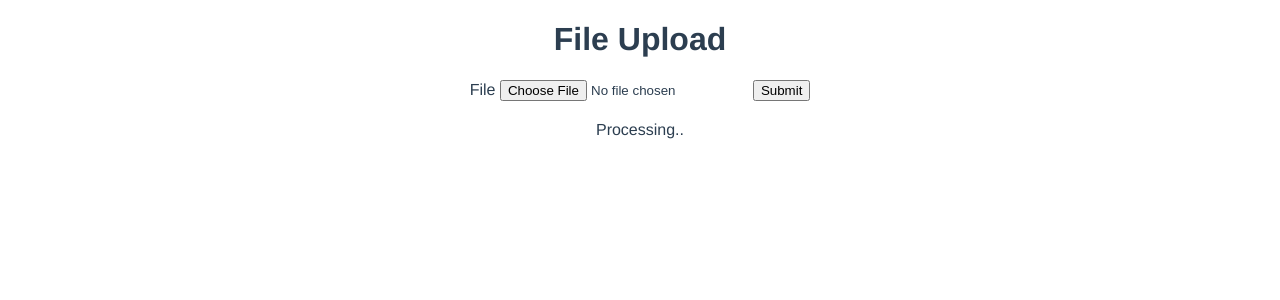
Repository: rockeycse/file-upload-front
Page: /
The author's editor kept a copy of each file at every save. The page is drawn from the files as they stood at one save, then again after a run of saves.
The browser window is 1280 px wide. The pictures show the whole page.
The project was rebuilt for these pictures with package versions that can differ from the ones it lists, and the page was loaded fresh each time. Also part of the build but not shown: src/components/ProgressPage.vue.

Above is the page before, as saved 2021-06-28 20:27:35.

After the next 2 saves:
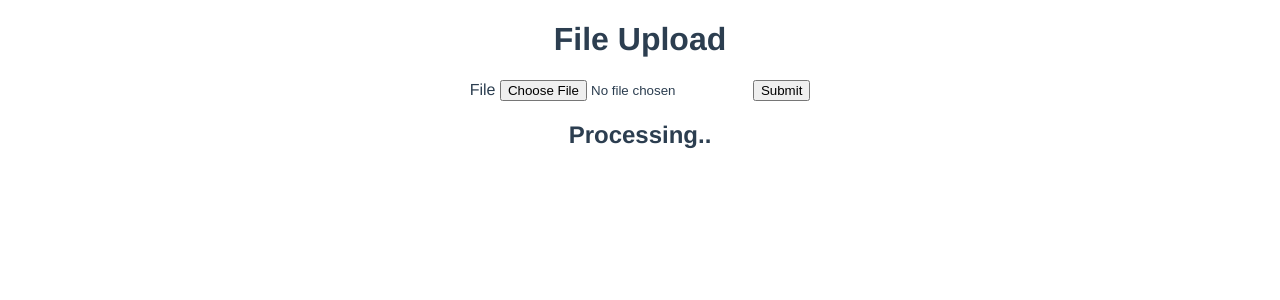
The 2 saves are shown as one change because they came seconds apart.
The last was saved 8 s later.
--- a/src/components/FileUpload.vue
+++ b/src/components/FileUpload.vue
@@ -15,7 +15,7 @@
       </label>
       <button v-on:click.prevent="submitFile()">Submit</button>
     </div>
-    <div><h2></h2>Processing..</div>
+    <div><h2>Processing..</h2></div>
   </div>
 </template>
 
